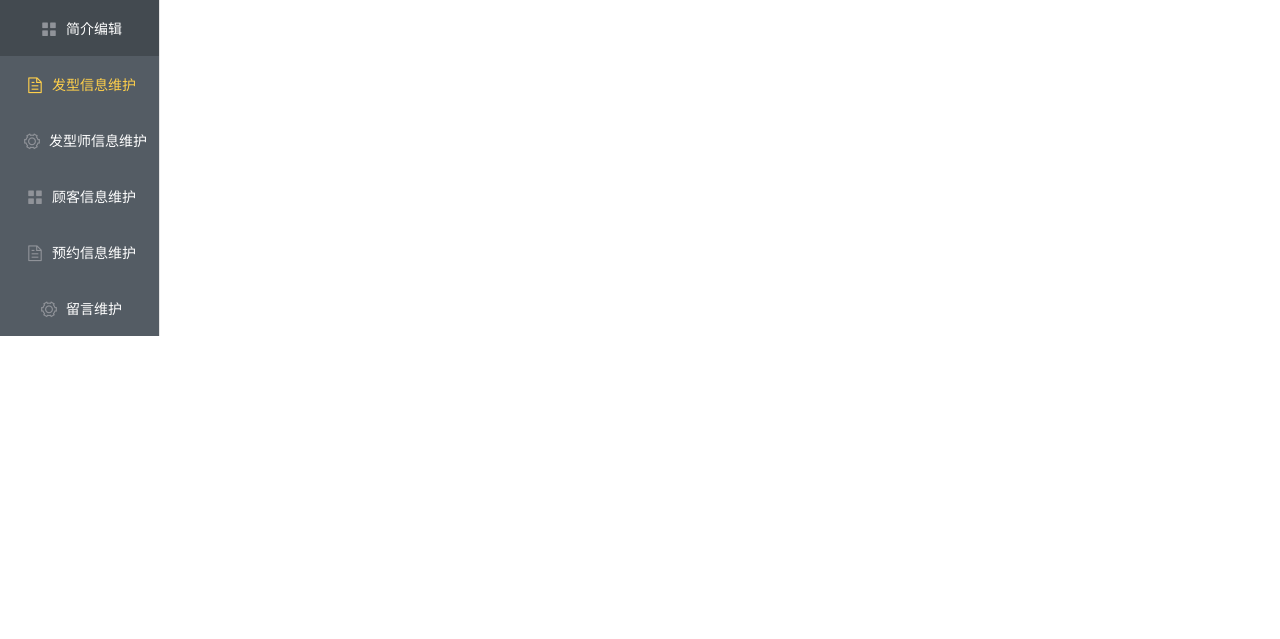
Repository: cjl0805/graduation-design-front
Page: /back/home
An editor plug-in stored every save of this project. The page is shown before and after the next save, followed by the edit.
The browser window is 1280 px wide. The pictures show the whole page.
The project was rebuilt for these pictures with package versions that can differ from the ones it lists, and the page was loaded fresh each time. Also part of the build but not shown: vue.config.js, src/components/RotationChart.vue, src/components/NavigationBar.vue, src/components/HairStylist.vue, src/components/HairStyle.vue, src/views/font/HairStyleView.vue, src/views/font/HairStylistView.vue, src/views/font/HomeView.vue and 13 more.

Above is the page before, as saved 2023-04-17 16:30:08.

### src/main.js
import Vue from 'vue'
import App from './App.vue'
import router from './router'
import ElementUI from 'element-ui'
import 'element-ui/lib/theme-chalk/index.css'
import axios from 'axios'
import VueAxios from 'vue-axios'
Vue.use(VueAxios, axios);
axios.interceptors.request.use(
  config => {
    if (localStorage.getItem('token')) {
      config.headers.token = localStorage.getItem('token');
    }
    return config;
  },
  error => {
    return Promise.reject(error);
  }
);

axios.interceptors.response.use(
  res => {
    if (res.data.code === 501) {
      console.log(res.data);
      alert("登录已过期，请重新登录！");
      window.localStorage.removeItem('token');
      window.localStorage.removeItem('username');
      location.reload();
    }
    return res;
  }
);

Vue.config.productionTip = false
Vue.use(ElementUI)
new Vue({
  router,
  render: h => h(App)
}).$mount('#app')

### src/router/index.js
import Vue from 'vue'
import VueRouter from 'vue-router'
import HairStyleView from '../views/font/HairStyleView.vue'
import HairStylistView from '../views/font/HairStylistView.vue'
import HomeView from '../views/font/HomeView.vue'
import login from '../views/font/login.vue'
import register from '../views/font/register.vue'
import PersonalInfo from '../views/font/PersonalInfo.vue'
import appointment from '../views/font/AppointmentView.vue'
import pay from '../views/font/PayView.vue'
import MainView from '../views/back/MainView.vue'

Vue.use(VueRouter)

const routes = [{
    path: '/',
    name: 'home',
    component: HomeView
  },
  {
    path: '/hairstyle',
    name: 'hairstyle',
    component: HairStyleView
  },
  {
    path: '/hairstylist',
    name: 'hairstylist',
    component: HairStylistView
  },
  {
    path: '/about',
    name: 'about',
    // route level code-splitting
    // this generates a separate chunk (about.[hash].js) for this route
    // which is lazy-loaded when the route is visited.
    component: () => import( /* webpackChunkName: "about" */ '../views/AboutView.vue')
  },
  {
    path: '/login',
    name: 'login',
    component: login
  },
  {
    path: '/register',
    name: 'register',
    component: register
  },
  {
    path: '/PersonalInfo',
    name: 'PersonalInfo',
    component: PersonalInfo,
  },
  {
    path: '/appointment',
    name: 'appointment',
    component: appointment
  },
  {
    path: '/pay',
    name: 'pay',
    component: pay
  },
  {
    path: '/back/home',
    name: 'MainView',
    component: MainView
  },
]

const router = new VueRouter({
  mode: 'history',
  base: process.env.BASE_URL,
  routes
})

// 导航守卫
// 使用 router.beforeEach 注册一个全局前置守卫，判断用户是否登陆
router.beforeEach((to, from, next) => {
  if (to.path === '/PersonalInfo' || to.path === '/appointment' || to.path === '/MessageCenter' || to.path === '/pay') {
    let token = localStorage.getItem('token');
    if (token === null || token === '') {
      next('/login');
    } else {
      next();
    }
  } else {
    next();
  }
});

export default router

### src/views/back/MainView.vue
<template>
  <div style="height:600px">
    <el-col :span="3">
      <el-menu
        default-active="2"
        class="el-menu-vertical-demo"
        @open="handleOpen"
        @close="handleClose"
        background-color="#545c64"
        text-color="#fff"
        active-text-color="#ffd04b"
      >
        <el-menu-item index="1">
          <i class="el-icon-menu"></i>
          <span slot="title">简介编辑</span>
        </el-menu-item>
        <el-menu-item index="2">
          <i class="el-icon-document"></i>
          <span slot="title">发型信息维护</span>
        </el-menu-item>
        <el-menu-item index="3">
          <i class="el-icon-setting"></i>
          <span slot="title">发型师信息维护</span>
        </el-menu-item>
        <el-menu-item index="4">
          <i class="el-icon-menu"></i>
          <span slot="title">顾客信息维护</span>
        </el-menu-item>
        <el-menu-item index="5">
          <i class="el-icon-document"></i>
          <span slot="title">预约信息维护</span>
        </el-menu-item>
        <el-menu-item index="6">
          <i class="el-icon-setting"></i>
          <span slot="title">留言维护</span>
        </el-menu-item>
      </el-menu>
    </el-col>
  </div>
</template>

<script>
export default {
  methods: {
    handleOpen(key, keyPath) {
      console.log(key, keyPath);
    },
    handleClose(key, keyPath) {
      console.log(key, keyPath);
    },
  },
};
</script>

<style></style>

Loaded but not shown: public/index.html (common file); src/App.vue (common file)

After the next save:
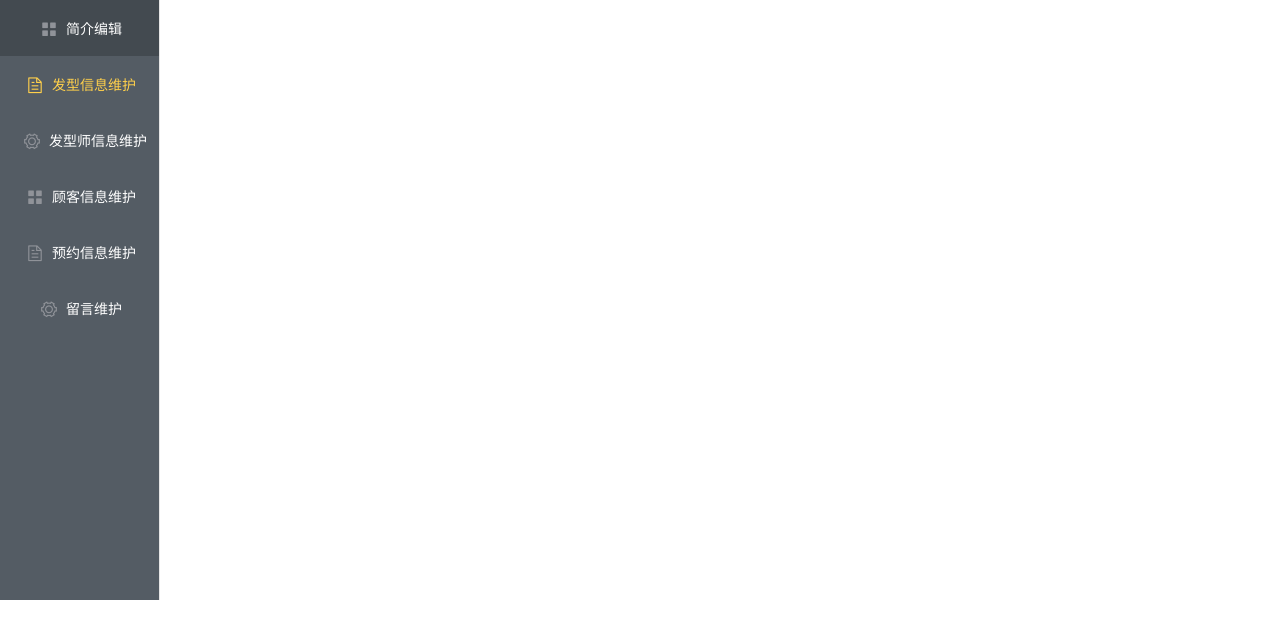
Saved 58 s later.
--- a/src/views/back/MainView.vue
+++ b/src/views/back/MainView.vue
@@ -1,7 +1,8 @@
 <template>
-  <div style="height:600px">
+  <div>
     <el-col :span="3">
       <el-menu
+        style="height: 600px"
         default-active="2"
         class="el-menu-vertical-demo"
         @open="handleOpen"

After the save that followed:
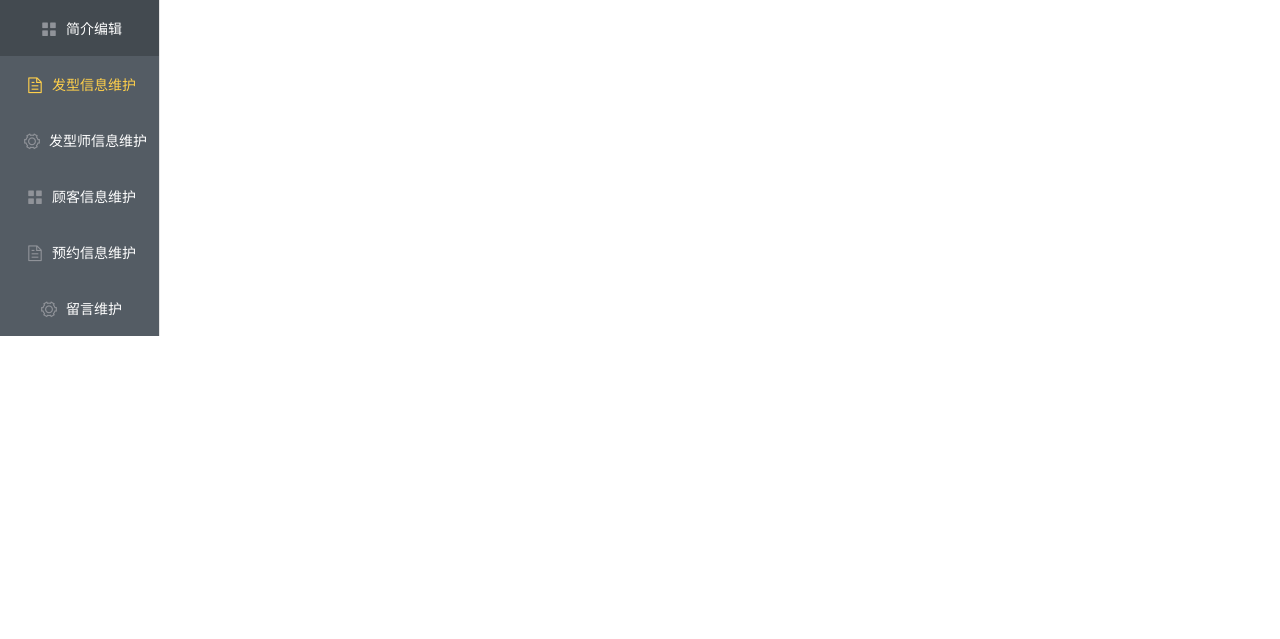
Saved 10 s later.
--- a/src/views/back/MainView.vue
+++ b/src/views/back/MainView.vue
@@ -2,7 +2,7 @@
   <div>
     <el-col :span="3">
       <el-menu
-        style="height: 600px"
+        style="height: 100%"
         default-active="2"
         class="el-menu-vertical-demo"
         @open="handleOpen"
